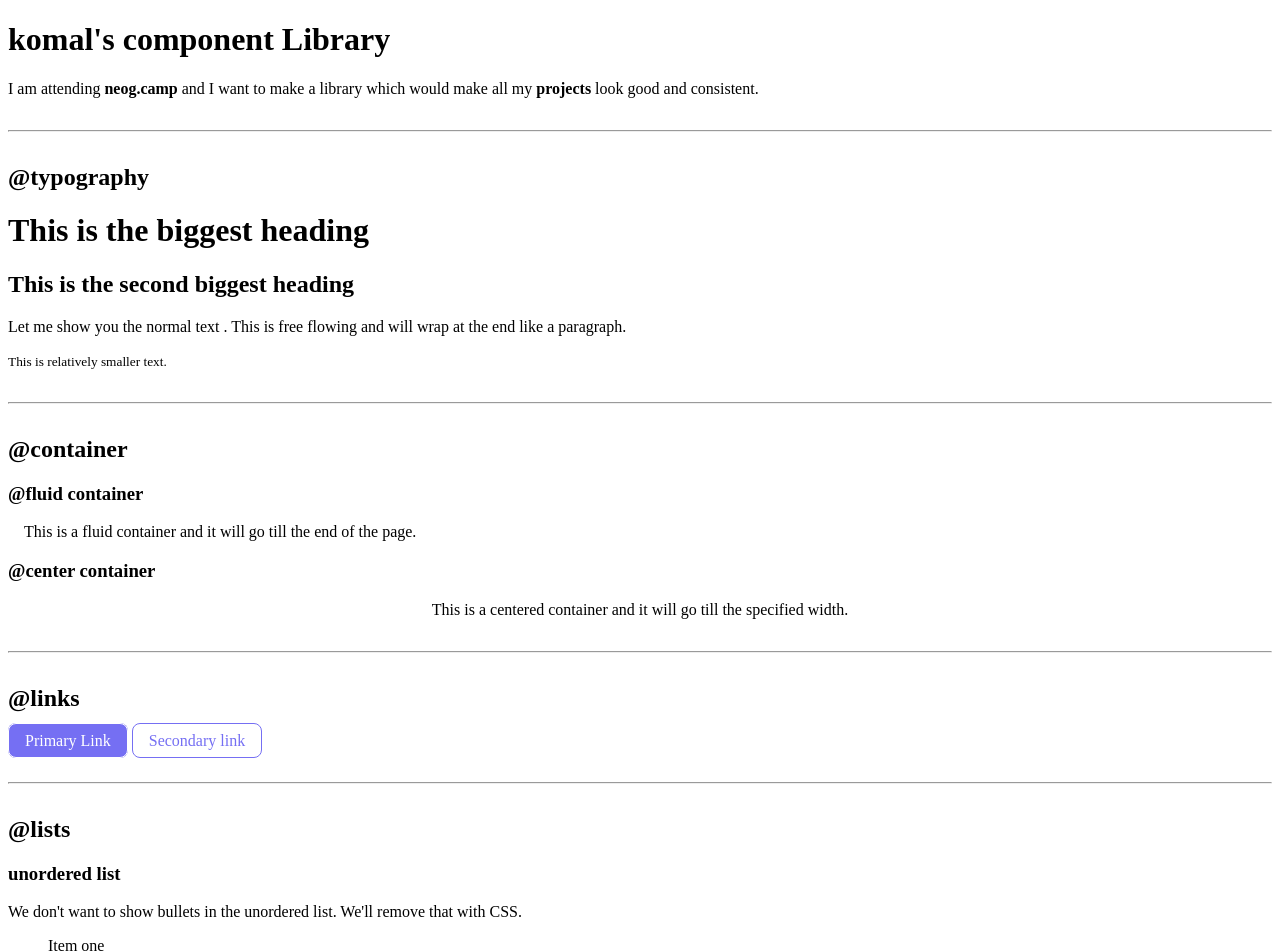
Repository: nihalani20/KomalNihalani-Portfolio
Page: index.html
These files come from the project's save history. The page is drawn as it stood at one moment and after the next save; the edit follows.
The browser window is 1280 px wide. The pictures show the part of the page from y = 0 to 952 px (the page is 2664 px tall before and 2672 px after).
A picture or video elsewhere on the page could not be fetched, so the positions and the page height are approximate.

Above is the page before, as saved 2023-10-29 15:14:06.

### index.html
<!DOCTYPE html>
<html lang="en">
<head>
    <meta charset="UTF-8">
    <meta name="viewport" content="width=device-width, initial-scale=1.0">
    <title>component library</title>
    <link href = "style.css" rel = "stylesheet"/>


</head>
<body>
    <h1 >komal's component Library</h1>
    <p>I am attending <strong>neog.camp </strong>and I want to make a library  which would make all my <strong>projects</strong> look good and consistent.</p>

    <hr>

    <h2>@typography</h2>

    <h1>This is the biggest heading</h1>
    <h2>This is the second biggest heading</h2>
    <p>Let me show you the normal text . This is free flowing and will wrap at the end like a paragraph.</p>
    <small>This is relatively smaller text.</small>


    <hr>

<h2>@container</h2>
<h3>@fluid container</h3>
<!-- below we used div class instead of para element -->
<div class = "container">This is a fluid container and it will go till the end of the page.</div>

<h3>@center container</h3>
<div class = "container container-center">This is a centered container and it will go till the specified width.</div>

<hr>

<h2>@links</h2>
<!-- connect link to css -->
<a  class = "link primary-link"href="/">Primary Link</a>
<a  class = "link secondary-link"href ="/">Secondary link</a>


<hr>
<h2>@lists</h2>
<h3>unordered list</h3>
<p>We don't want to show bullets in the unordered list. We'll remove that with CSS.</p>
<ul class="list-non-bullet">
<li> Item one</li>
<li> Item two</li>
<li>Item three</li>
</ul>





<h3>ordered list</h3>

<ol>
    <li>milk</li>
    <li>curd</li>
    <li>Banana</li>

</ol>


<h3> reversed ordered list</h3>
<p>Counting of will go reverse for this list</p>
<ol reversed>
    <li>Banana</li>
    <li>curd</li>
    <li>milk</li>
</ol>

<h3> unordered inline list</h3>
<p>Instead of going in a new row, we will create a list which will take columns.</p>
<ul class="list-non-bullet">

<li class="list-item-inline">Inline Item one</li>
<li class="list-item-inline">Inline Item two</li>
<li class="list-item-inline">Inline Item three</li>

</ul>

<hr>

<h2>@navigation bar</h2>
<nav class="navigation-container">

    <div class = "nav-brand">I am a developer</div>

    <ul class="list-non-bullet">
        <!-- also we have to active the link -->

<li class="list-item-inline"> home</li>
<a class="link-active"></a>

<li class="list-item-inline"> projects</li>
<a class = "link"></a>

<li class="list-item-inline">blogs</li>
<a class = "link"></a>


    </ul>
</nav>

<hr>
<!-- Header is also called Hero  -->
<header class = "hero">
    <img class="hero-img" src = "images/undraw_proud_coder_re_exuy.svg">
    <h1 class = "hero-heading"> Heading inside hero </h1>

</header>

<hr>
<h2>@section</h2>
<p>A section is used to separate parts of pages .In marketing websites you would have seen a header followed by sections of features , team , pricing ,contact info etc.</p>






<section class="section">
<div class=" container container-center"></div>
    <h3>White section</h3>
    <p>This will have white background</p>
</section>

<section class="section offwhite">
    <div class=" container container-center"></div>
    <h3> off white section</h3>
    <p>This will have  grey background</p>

</section>


<hr>


<h2>@footer</h2>
<footer>
<div>some small heading inside footer</div>
    <ul>
        <li>social one</li>
        <li>social two</li>
        <li>social three</li>
    </ul>
</footer>











<!-- </body><div style ="height : 30vh";></div> -->
<!-- From above line of code you see that there is padding from the bottom . -->


</body>
</html>

### style.css
:root
{
    /* --primary-color: #4f46e5; */
    --primary-color:#756ff3;
    --gray: #F3F4F6;
    --dark-gray: #6B7280;

}



/* typography */
body
{



}
/* containers */

.container
/* this works on both container and if you put text align center it will work on both container */
{
   padding-left: 1rem;
   padding-right: 1rem;
}
.container-center{
    /* max-width: 600px; */
    /* margin: auto; */
    /* below we can also do this */
    text-align: center;
}

/* links */
.link
{
    text-decoration: none;
    padding: 0.5rem 1rem;
}


.primary-link
{
    /* color:white; */
    background-color:var(--primary-color);
    border-radius: 0.5rem;
    border: 1px solid ;
    color:white;
    padding: 0.5rem 1rem 0.5rem 1rem;

}
.secondary-link
{


    border-radius: 0.5rem;
    border: 1px solid ;
    color:var(--primary-color);

}
hr{
    margin: 2rem 0rem;
}

/* lists */
.list-non-bullet
{
    list-style: none;
}
.list-item-inline
{
    display: inline;
     padding:0rem 0.5rem;

}

/* navigation */
.navigation-container
{
    background-color:var(--primary-color);
    color:white;
    padding: 1rem;
    border-bottom-left-radius:1rem;

}

.nav-brand
{
     font-weight: bold;

}
.link-active
{
    font-weight: bold;
}




/* header */

.hero{
    padding:2rem;
}
.hero-img
{
    max-width: 350px;
    display:block;
    margin: auto;
}
.hero-heading
{
    color:var(--dark-gray);
    text-align: center;
}


.section{
    padding: 1rem;

}

.section offwhite{
    background-color:var(--gray)
    text-align: center;

}

After the next save:
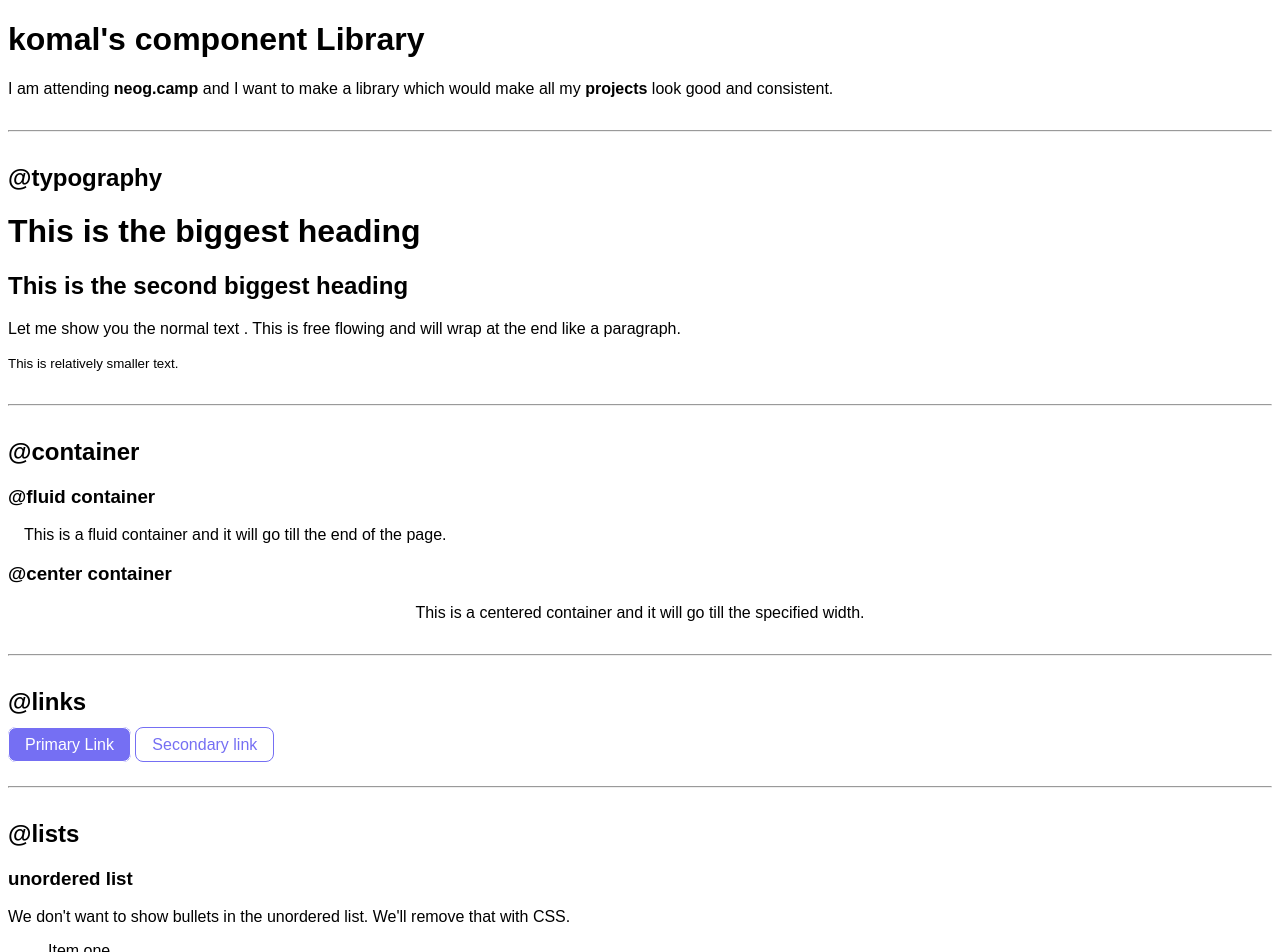
Saved 4 s later.
--- a/style.css
+++ b/style.css
@@ -12,7 +12,7 @@
 /* typography */
 body
 {
-
+    font-family: 'Montserrat Alternates', sans-serif;
 
 
 }
